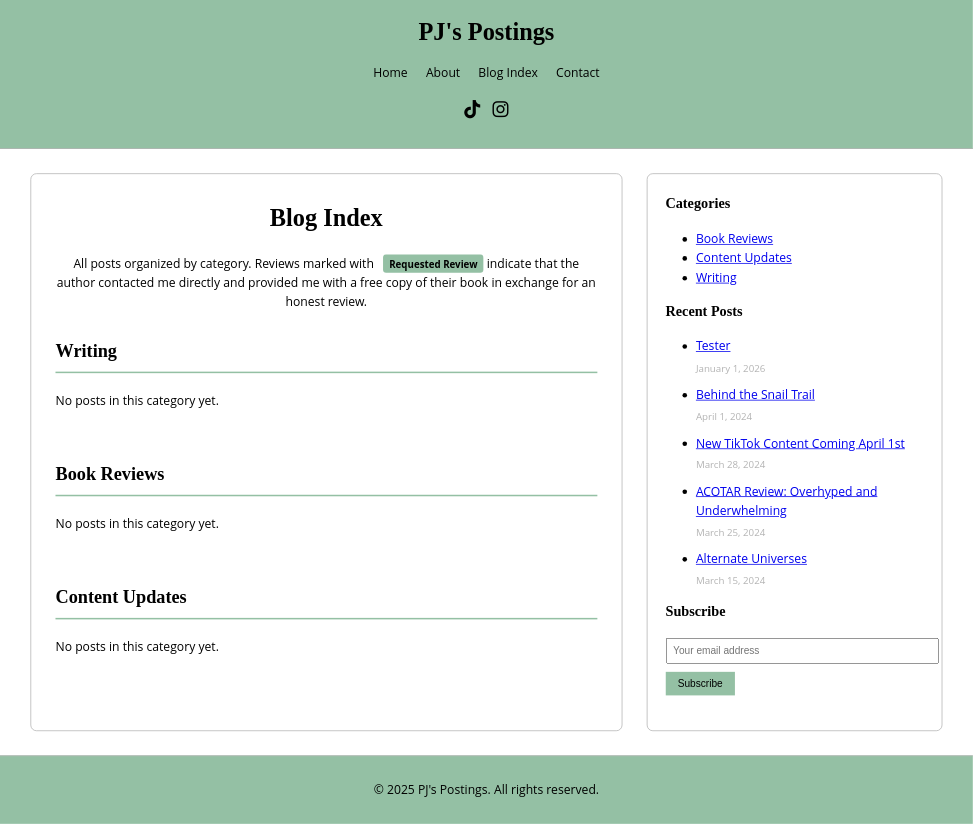
Repository: pjpatrick071/pjpatrick071.github.io
Page: blog.html
The author's editor kept a copy of each file at every save. The page is drawn from the files as they stood at one save, then again after the next save.
The browser window is 1280 px wide. The pictures show the whole page, at 76% of full size.
Some web fonts or font styles are not loaded; a fallback is used.

Above is the page before, as saved 2025-04-07 21:04:05.

After the next save:
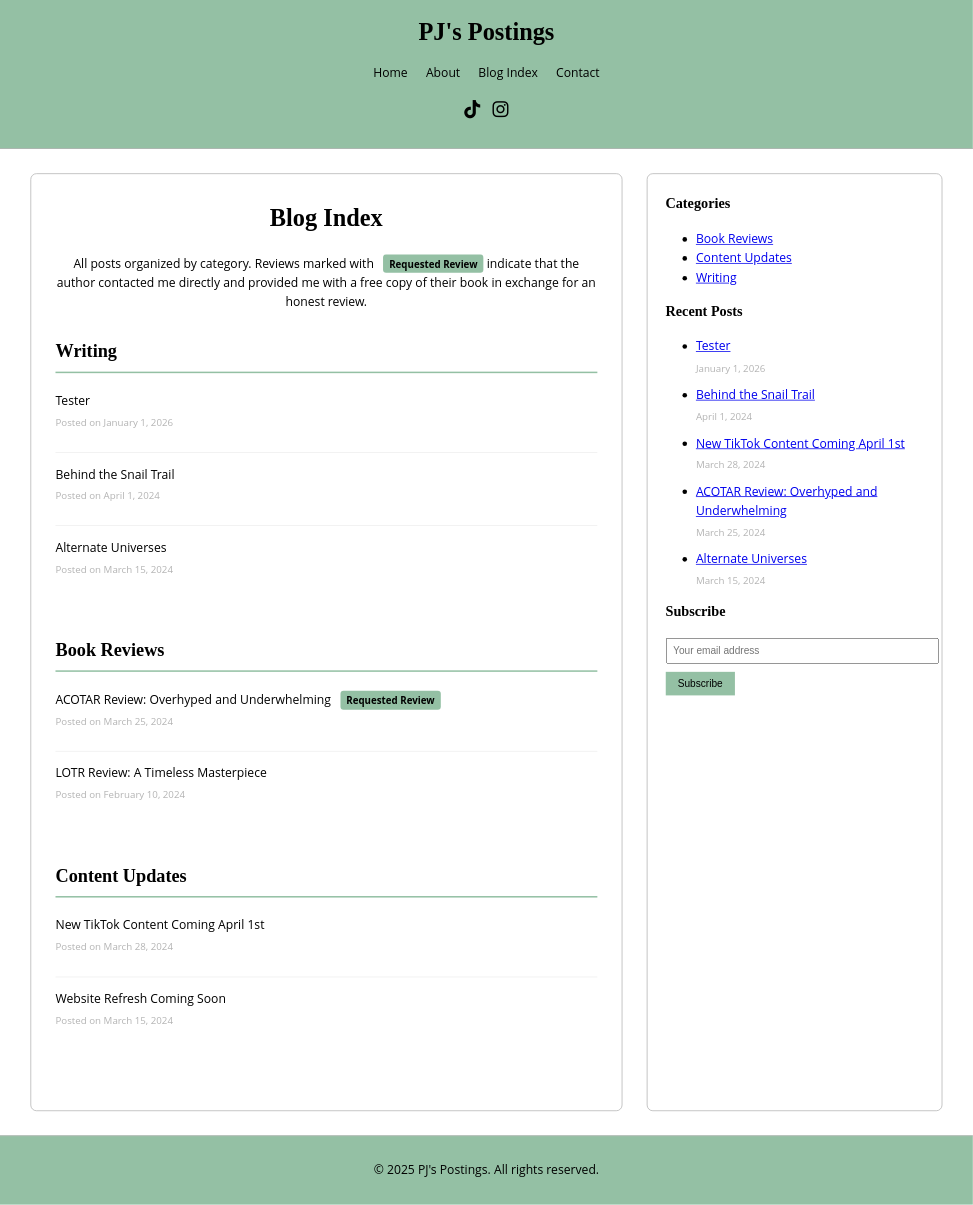
Saved 13 s later.
--- a/posts.json
+++ b/posts.json
@@ -1,47 +1,60 @@
-
 {
-  "posts": [{
-    "title": "New TikTok Content Coming April 1st",
-    "date": "2024-03-28",
-    "url": "posts/new-tiktok.html",
-    "excerpt": "Exciting new content coming to my TikTok channel!"
-},
-{
-    "title": "ACOTAR Review: Overhyped and Underwhelming",
-    "date": "2024-03-25",
-    "url": "posts/acotar-review.html",
-    "excerpt": "A critical look at Sarah J. Maas's popular fantasy series."
-},
-{
-    "title": "Alternate Universes",
-    "date": "2024-03-15",
-    "url": "posts/alternate-universes.html",
-    "excerpt": "The concept of alternate universes in fiction and how writers can use them effectively."
-},
-{
-    "title": "Website Refresh Coming Soon",
-    "date": "2024-03-15",
-    "url": "posts/website-updates.html",
-    "excerpt": "Plans for improving PJ's Postings."
-},
-{
-    "title": "LOTR Review: A Timeless Masterpiece",
-    "date": "2024-02-10",
-    "url": "posts/lotr-review.html",
-    "excerpt": "Why Tolkien's epic continues to define the fantasy genre."
-},
-{
-    "title": "Behind the Snail Trail",
-    "date": "2024-04-01",
-    "url": "posts/snail-trail.html",
-    "excerpt": "Exploring the slow but meaningful process of writing."
-},
-{
-    "title": "Tester",
-    "date": "2026-01-01",
-    "url": "posts/tester.html",
-    "excerpt": "Exploring the slow but meaningful process of writing."
-}
-
-  ]
-}
+    "posts": [
+      {
+        "title": "New TikTok Content Coming April 1st",
+        "date": "2024-03-28",
+        "url": "posts/new-tiktok.html",
+        "excerpt": "Exciting new content coming to my TikTok channel!",
+        "category": "content-updates",
+        "requested": false
+      },
+      {
+        "title": "ACOTAR Review: Overhyped and Underwhelming",
+        "date": "2024-03-25",
+        "url": "posts/acotar-review.html",
+        "excerpt": "A critical look at Sarah J. Maas's popular fantasy series.",
+        "category": "book-reviews",
+        "requested": true
+      },
+      {
+        "title": "Alternate Universes",
+        "date": "2024-03-15",
+        "url": "posts/alternate-universes.html",
+        "excerpt": "The concept of alternate universes in fiction and how writers can use them effectively.",
+        "category": "writing",
+        "requested": false
+      },
+      {
+        "title": "Website Refresh Coming Soon",
+        "date": "2024-03-15",
+        "url": "posts/website-updates.html",
+        "excerpt": "Plans for improving PJ's Postings.",
+        "category": "content-updates",
+        "requested": false
+      },
+      {
+        "title": "LOTR Review: A Timeless Masterpiece",
+        "date": "2024-02-10",
+        "url": "posts/lotr-review.html",
+        "excerpt": "Why Tolkien's epic continues to define the fantasy genre.",
+        "category": "book-reviews",
+        "requested": false
+      },
+      {
+        "title": "Behind the Snail Trail",
+        "date": "2024-04-01",
+        "url": "posts/snail-trail.html",
+        "excerpt": "Exploring the slow but meaningful process of writing.",
+        "category": "writing",
+        "requested": false
+      },
+      {
+        "title": "Tester",
+        "date": "2026-01-01",
+        "url": "posts/tester.html",
+        "excerpt": "Exploring the slow but meaningful process of writing.",
+        "category": "writing",
+        "requested": false
+      }
+    ]
+  }
